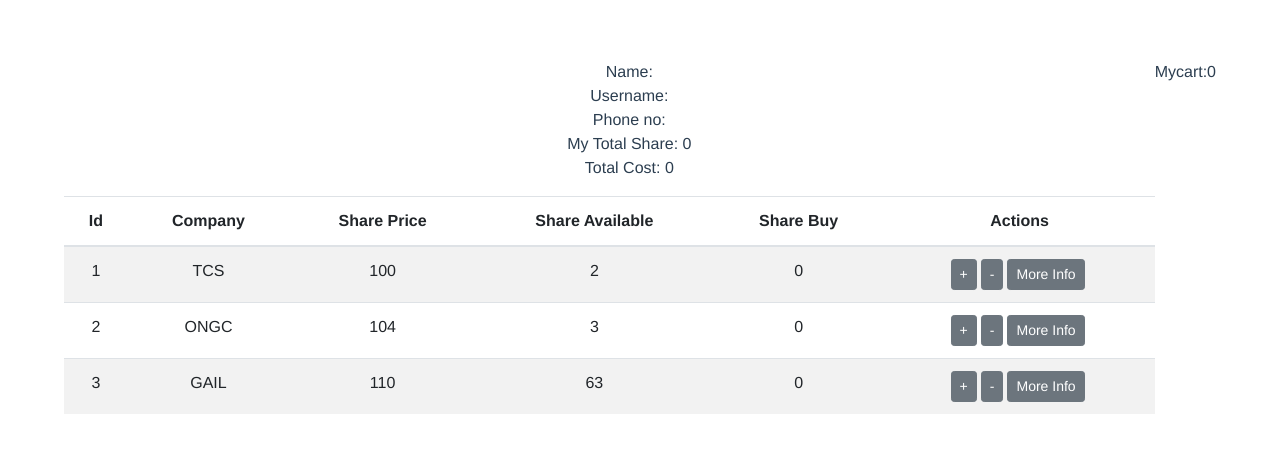
Repository: rupeshpawar93/vue-profile
Page: /portfolio/detail
The author's editor kept a copy of each file at every save. The page is drawn from the files as they stood at one save, then again after the next save.
The browser window is 1280 px wide. The pictures show the whole page.
The project was rebuilt for these pictures with package versions that can differ from the ones it lists, and the page was loaded fresh each time. Also part of the build but not shown: webpack.config.js, src/components/Portfolio.vue, src/components/Company.vue.

Above is the page before, as saved 2019-11-04 17:23:09.

After the next save:
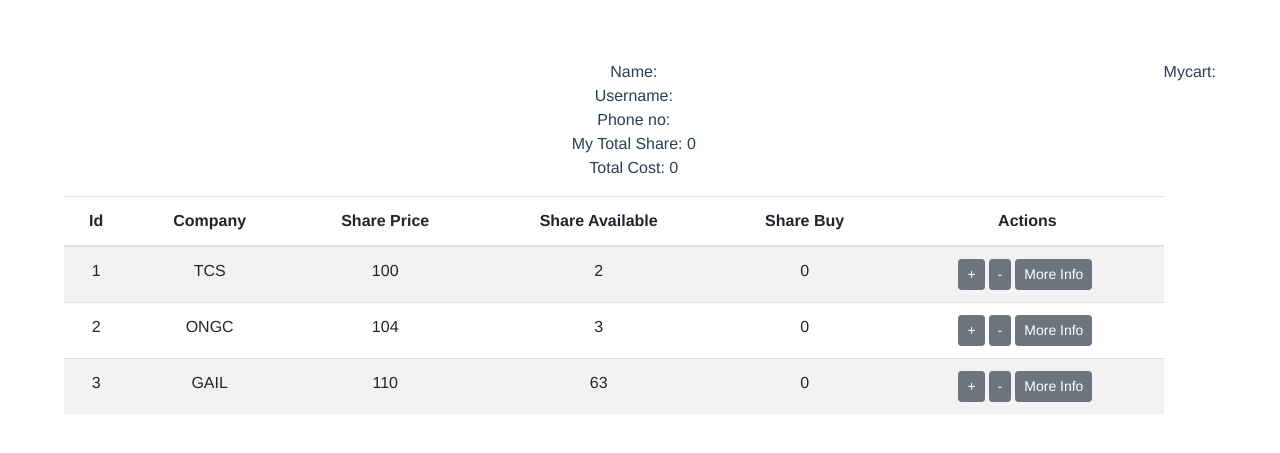
Saved 8 s later.
--- a/src/components/Mycart.vue
+++ b/src/components/Mycart.vue
@@ -1,6 +1,6 @@
 <template>
     <div style="width:90%;margin:0 auto;">
-        <p style="float:right">Mycart:{{share}}</p>
+        <p style="float:right">Mycart:{{myshare}}</p>
         <div style="overflow:auto">
             <PortfolioDetail :profile="profile" @myEvent="mycart"/>
         </div>
